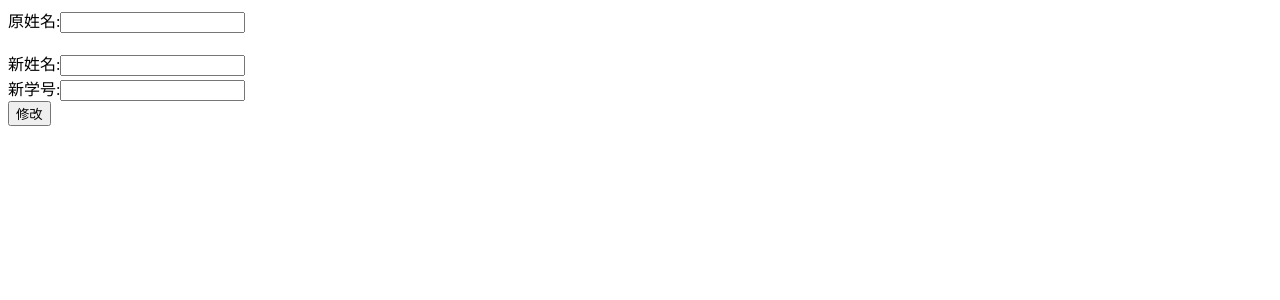
Repository: Matty-GCU/MyEclipse
Page: Java_Web_Learning/WebRoot/chapter06_JSP&JDBC/homework/updatePage.html
These files come from the project's save history. The page is drawn as it stood at one moment and after the next save; the edit follows.
The browser window is 1280 px wide. The pictures show the whole page.

Above is the page before, as saved 2021-10-16 16:57:25.

After the next save:
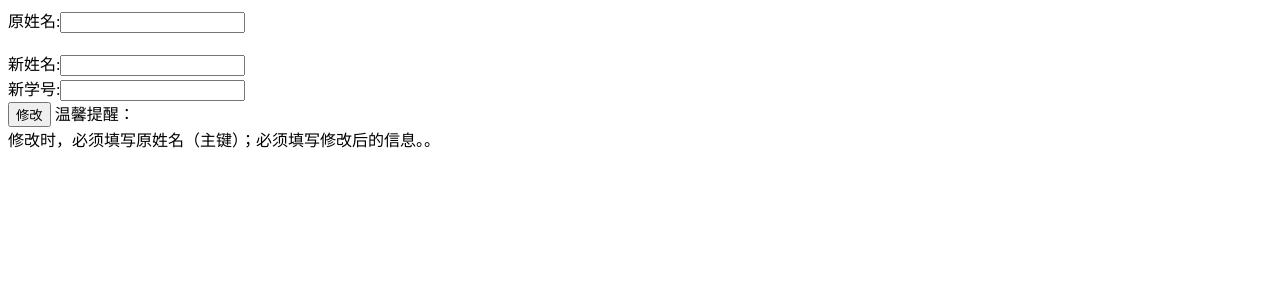
Saved 3 s later.
--- a/Java_Web_Learning/WebRoot/chapter06_JSP&JDBC/homework/updatePage.html
+++ b/Java_Web_Learning/WebRoot/chapter06_JSP&JDBC/homework/updatePage.html
@@ -11,6 +11,8 @@
 			新姓名:<input type="text" name="newName"><br>
 			新学号:<input type="text" name="newId"><br>
 			<input type="submit" value="修改">
+			温馨提醒：<br>
+			修改时，必须填写原姓名（主键）；必须填写修改后的信息。。
 		</form>
 	</body>
 </html>
